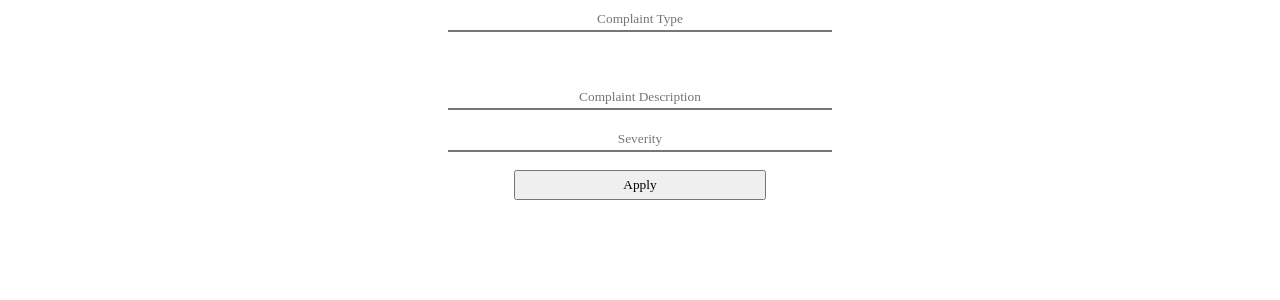
Repository: amitSai12/CMS
Page: http://localhost/ComplaintResolve/ComplaintApply.jsp
An editor plug-in stored every save of this project. The page is shown before and after the next save, followed by the edit.
The browser window is 1280 px wide. The pictures show the whole page.
The page is served by Tomcat 9. Other server files are loaded and not shown.

Above is the page before, as saved 2023-10-04 16:55:51.

### Day1_Thu/ComplaintResolve/src/main/webapp/ComplaintApply.jsp
<%@page import="com.java.complaint.Complaint"%>
<%@page import="com.java.complaint.ComplaintDAO"%>
<%@page import="com.java.complaint.ComplaintDAOImpl"%>
<%@ page language="java" contentType="text/html; charset=UTF-8"
	pageEncoding="UTF-8"%>
<!DOCTYPE html>
<html>
<head>
<meta charset="UTF-8">
<title>Insert title here</title>
</head>
<body>
<center>
	<form method="get" action="ComplaintApply.jsp">
		 <input
		 type="text" name="complaintType" placeholder="Complaint Type"
		 style="width:30%; height: 20px;font-family: cursive;text-align: center;border:1;
    		border-top-style: none;border-left-style: none;border-right-style: none"><br><br><br><br>
		 <input
		type="text" name="cDescription"placeholder="Complaint Description"
		style="width:30%; height: 20px;font-family: cursive;text-align: center;border:1;
    		border-top-style: none;border-left-style: none;border-right-style: none"><br> <br>
		 <input
			type="text" name="severity"placeholder="Severity"
			style="width:30%; height: 20px;font-family: cursive;text-align: center;border:1;
    		border-top-style: none;border-left-style: none;border-right-style: none"><br><br>
		 <input
			type="submit" value="Apply"
			style="font-family: cursive;width:20%; height: 30px;">
	</form>
	</center>

	<%
	  if(request.getParameter("complaintType")!= null && request.getParameter("cDescription") != null){
		  ComplaintDAO dao = new ComplaintDAOImpl();
		  Complaint complaint = new Complaint();
		  complaint.setComplaintType(request.getParameter("complaintType"));
		  complaint.setcDescription(request.getParameter("cDescription"));
		  complaint.setSeverity(request.getParameter("severity"));
		  dao.addComplaint(complaint);
		  %>
		  <jsp:forward page="ComplaintShow.jsp"/>
		  <%
	  }
	%>
<%--
	<%
	if (request.getParameter("complaintId") != null) {
	}
	%>

	<jsp:useBean id="complaint" class="com.java.complaint.Complaint" />
	<jsp:setProperty property="*" name="complaint" />

	<jsp:useBean id="dao" class="com.java.complaint.ComplaintDAOImpl" />

	<%
	String result = dao.addComplaint(complaint);
	out.print(result);
	%> --%>


</body>
</html>

### Day1_Thu/ComplaintResolve/src/main/java/com/java/complaint/ComplaintDAO.java
package com.java.complaint;

import java.sql.SQLException;
import java.util.*;

public interface ComplaintDAO {
	String addComplaint(Complaint complaint) throws ClassNotFoundException, SQLException;
	Complaint searchComplaint(String complaintId) throws ClassNotFoundException, SQLException;
	List<Complaint> showComplaint() throws ClassNotFoundException, SQLException;
//	Complaint seatchComplaint(String complaintId, String ResolveBy, String Comments) throws ClassNotFoundException, SQLException;
	String addResolve(Resolve resolve, String complaintId, String status, Date ComplaintDate) throws ClassNotFoundException,
	SQLException;

	List<Resolve> showResolve() throws ClassNotFoundException, SQLException;


}

After the next save:
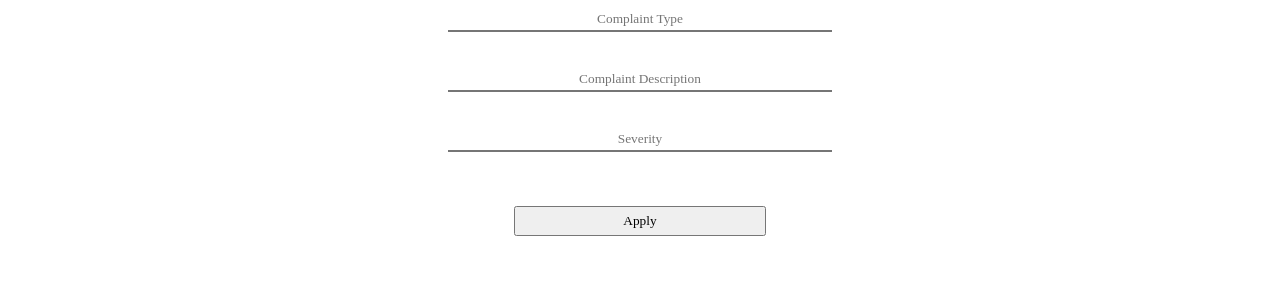
Saved 21 s later.
--- a/Day1_Thu/ComplaintResolve/src/main/webapp/ComplaintApply.jsp
+++ b/Day1_Thu/ComplaintResolve/src/main/webapp/ComplaintApply.jsp
@@ -15,15 +15,15 @@
 		 <input
 		 type="text" name="complaintType" placeholder="Complaint Type"
 		 style="width:30%; height: 20px;font-family: cursive;text-align: center;border:1;
-    		border-top-style: none;border-left-style: none;border-right-style: none"><br><br><br><br>
+    		border-top-style: none;border-left-style: none;border-right-style: none"><br><br><br>
 		 <input
 		type="text" name="cDescription"placeholder="Complaint Description"
 		style="width:30%; height: 20px;font-family: cursive;text-align: center;border:1;
-    		border-top-style: none;border-left-style: none;border-right-style: none"><br> <br>
+    		border-top-style: none;border-left-style: none;border-right-style: none"><br><br><br>
 		 <input
 			type="text" name="severity"placeholder="Severity"
 			style="width:30%; height: 20px;font-family: cursive;text-align: center;border:1;
-    		border-top-style: none;border-left-style: none;border-right-style: none"><br><br>
+    		border-top-style: none;border-left-style: none;border-right-style: none"><br><br><br><br>
 		 <input
 			type="submit" value="Apply"
 			style="font-family: cursive;width:20%; height: 30px;">
